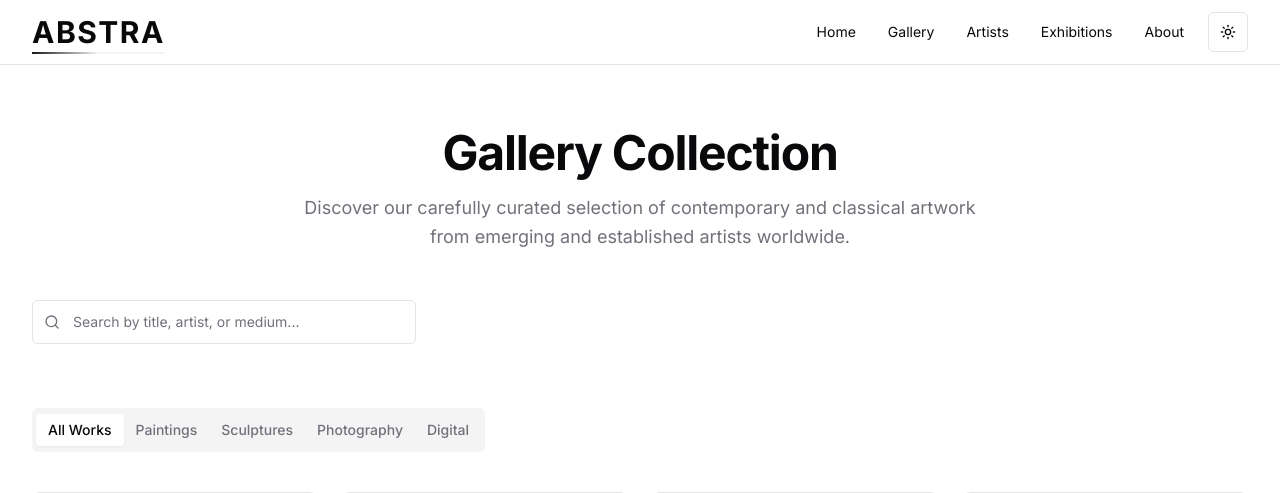
Repository: flow-ctrl369/gallery-cloneX
Page: /gallery
These files come from the project's save history. The page is drawn as it stood at one moment and after the next save; the edit follows.
The browser window is 1280 px wide. The pictures show the part of the page from y = 0 to 493 px (the page is 2168 px tall).
Pictures or frames that could not be fetched are drawn as grey boxes. The project was rebuilt for these pictures with package versions that can differ from the ones it lists, and the page was loaded fresh each time. The framework's server and built-in components were replaced by stand-ins that run in the browser. Also part of the build but not shown: next.config.mjs.

Above is the page before, as saved 2025-06-02 02:13:08.

### app/layout.tsx
import type { Metadata } from "next"
import { Inter } from "next/font/google"
import "./globals.css"
import { ThemeProvider } from "@/components/theme-provider"
import Header from "@/components/header"
import Footer from "@/components/footer"
import AnimatePresenceWrapper from "@/components/animate-presence-wrapper"

const inter = Inter({ subsets: ["latin"] })

export const metadata: Metadata = {
  title: "Abstra | Contemporary Art Gallery",
  description: "Discover extraordinary works from emerging and established artists at Abstra, your premier destination for contemporary art.",
}

export default function RootLayout({
  children,
}: {
  children: React.ReactNode
}) {
  return (
    <html lang="en" suppressHydrationWarning>
      <body className={inter.className}>
        <ThemeProvider
          attribute="class"
          defaultTheme="system"
          enableSystem
          disableTransitionOnChange
        >
          <div className="flex min-h-screen flex-col">
            <Header />
            <AnimatePresenceWrapper>
              {children}
            </AnimatePresenceWrapper>
            <Footer />
          </div>
        </ThemeProvider>
      </body>
    </html>
  )
}

### app/gallery/page.tsx
'use client'

import { Tabs, TabsContent, TabsList, TabsTrigger } from "@/components/ui/tabs"
import { Search } from "lucide-react"
import { Input } from "@/components/ui/input"
import ArtworkGrid from "@/components/artwork-grid"
import { useState } from "react"

export default function GalleryPage() {
  const [searchQuery, setSearchQuery] = useState("")

  return (
    <main className="min-h-screen py-16 px-4 md:px-8">
      {/* Hero Section */}
      <section className="max-w-7xl mx-auto mb-16">
        <div className="text-center mb-12">
          <h1 className="text-4xl md:text-5xl font-bold mb-4 tracking-tight">Gallery Collection</h1>
          <p className="text-lg text-muted-foreground max-w-2xl mx-auto leading-relaxed">
            Discover our carefully curated selection of contemporary and classical artwork from emerging and established artists worldwide.
          </p>
        </div>

        {/* Search and Filter Section */}
        <div className="flex flex-col md:flex-row justify-between items-start md:items-center gap-6 mb-8">
          <div className="relative w-full md:w-96">
            <Search className="absolute left-3 top-1/2 -translate-y-1/2 h-4 w-4 text-muted-foreground" />
            <Input
              placeholder="Search by title, artist, or medium..."
              className="pl-10 h-11 text-base"
              value={searchQuery}
              onChange={(e) => setSearchQuery(e.target.value)}
            />
          </div>
        </div>
      </section>

      {/* Gallery Section */}
      <section className="max-w-7xl mx-auto">
        <Tabs defaultValue="all" className="w-full">
          <TabsList className="h-11 mb-8">
            <TabsTrigger value="all">All Works</TabsTrigger>
            <TabsTrigger value="paintings">Paintings</TabsTrigger>
            <TabsTrigger value="sculptures">Sculptures</TabsTrigger>
            <TabsTrigger value="photography">Photography</TabsTrigger>
            <TabsTrigger value="digital">Digital</TabsTrigger>
          </TabsList>
          <TabsContent value="all">
            <ArtworkGrid searchQuery={searchQuery} />
          </TabsContent>
          <TabsContent value="paintings">
            <ArtworkGrid category="paintings" searchQuery={searchQuery} />
          </TabsContent>
          <TabsContent value="sculptures">
            <ArtworkGrid category="sculptures" searchQuery={searchQuery} />
          </TabsContent>
          <TabsContent value="photography">
            <ArtworkGrid category="photography" searchQuery={searchQuery} />
          </TabsContent>
          <TabsContent value="digital">
            <ArtworkGrid category="digital" searchQuery={searchQuery} />
          </TabsContent>
        </Tabs>
      </section>
    </main>
  )
}

### app/globals.css
@tailwind base;
@tailwind components;
@tailwind utilities;

body {
  font-family: Arial, Helvetica, sans-serif;
}

@layer utilities {
  .text-balance {
    text-wrap: balance;
  }
}

@layer base {
  :root {
    --background: 0 0% 100%;
    --foreground: 240 10% 3.9%;
    --card: 0 0% 100%;
    --card-foreground: 240 10% 3.9%;
    --popover: 0 0% 100%;
    --popover-foreground: 240 10% 3.9%;
    --primary: 240 5.9% 10%;
    --primary-foreground: 0 0% 98%;
    --secondary: 240 4.8% 95.9%;
    --secondary-foreground: 240 5.9% 10%;
    --muted: 240 4.8% 95.9%;
    --muted-foreground: 240 3.8% 46.1%;
    --accent: 240 4.8% 95.9%;
    --accent-foreground: 240 5.9% 10%;
    --destructive: 0 84.2% 60.2%;
    --destructive-foreground: 0 0% 98%;
    --border: 240 5.9% 90%;
    --input: 240 5.9% 90%;
    --ring: 240 5.9% 10%;
    --chart-1: 12 76% 61%;
    --chart-2: 173 58% 39%;
    --chart-3: 197 37% 24%;
    --chart-4: 43 74% 66%;
    --chart-5: 27 87% 67%;
    --radius: 0.5rem;
    --sidebar-background: 0 0% 98%;
    --sidebar-foreground: 240 5.3% 26.1%;
    --sidebar-primary: 240 5.9% 10%;
    --sidebar-primary-foreground: 0 0% 98%;
    --sidebar-accent: 240 4.8% 95.9%;
    --sidebar-accent-foreground: 240 5.9% 10%;
    --sidebar-border: 220 13% 91%;
    --sidebar-ring: 217.2 91.2% 59.8%;

    /* Abstra Brand Colors */
    --abstra-primary: 240 100% 50%;
    --abstra-secondary: 280 100% 50%;
    --abstra-accent: 320 100% 50%;
    --abstra-muted: 240 10% 90%;
    --abstra-background: 240 10% 98%;
  }
  .dark {
    --background: 240 10% 3.9%;
    --foreground: 0 0% 98%;
    --card: 240 10% 3.9%;
    --card-foreground: 0 0% 98%;
    --popover: 240 10% 3.9%;
    --popover-foreground: 0 0% 98%;
    --primary: 0 0% 98%;
    --primary-foreground: 240 5.9% 10%;
    --secondary: 240 3.7% 15.9%;
    --secondary-foreground: 0 0% 98%;
    --muted: 240 3.7% 15.9%;
    --muted-foreground: 240 5% 64.9%;
    --accent: 240 3.7% 15.9%;
    --accent-foreground: 0 0% 98%;
    --destructive: 0 62.8% 30.6%;
    --destructive-foreground: 0 0% 98%;
    --border: 240 3.7% 15.9%;
    --input: 240 3.7% 15.9%;
    --ring: 240 4.9% 83.9%;
    --chart-1: 220 70% 50%;
    --chart-2: 160 60% 45%;
    --chart-3: 30 80% 55%;
    --chart-4: 280 65% 60%;
    --chart-5: 340 75% 55%;
    --sidebar-background: 240 5.9% 10%;
    --sidebar-foreground: 240 4.8% 95.9%;
    --sidebar-primary: 224.3 76.3% 48%;
    --sidebar-primary-foreground: 0 0% 100%;
    --sidebar-accent: 240 3.7% 15.9%;
    --sidebar-accent-foreground: 240 4.8% 95.9%;
    --sidebar-border: 240 3.7% 15.9%;
    --sidebar-ring: 217.2 91.2% 59.8%;

    /* Abstra Dark Theme Colors */
    --abstra-primary: 240 100% 70%;
    --abstra-secondary: 280 100% 70%;
    --abstra-accent: 320 100% 70%;
    --abstra-muted: 240 10% 20%;
    --abstra-background: 240 10% 10%;
  }
}

@layer base {
  * {
    @apply border-border;
  }
  body {
    @apply bg-background text-foreground;
  }
}

### components/theme-provider.tsx
'use client'

import * as React from 'react'
import { ThemeProvider as NextThemesProvider, type ThemeProviderProps } from 'next-themes'

export function ThemeProvider({ children, ...props }: ThemeProviderProps) {
  return (
    <NextThemesProvider
      attribute="class"
      defaultTheme="system"
      enableSystem
      disableTransitionOnChange
      themes={["light", "dark"]}
      {...props}
    >
      {children}
    </NextThemesProvider>
  )
}

### components/header.tsx
import { Button } from "@/components/ui/button"
import { ModeToggle } from "@/components/mode-toggle"
import { Menu } from "lucide-react"
import Link from "next/link"
import { Sheet, SheetContent, SheetTrigger } from "@/components/ui/sheet"
import Logo from "@/components/logo"

export default function Header() {
  return (
    <header className="sticky top-0 z-50 w-full border-b bg-background/95 backdrop-blur supports-[backdrop-filter]:bg-background/60">
      <div className="container flex h-16 items-center">
        <Logo className="mr-6" />
        <div className="flex flex-1 items-center justify-end">
          <nav className="hidden md:flex items-center gap-8 text-sm mr-6">
            <Link href="/" className="transition-colors hover:text-foreground/80">
              Home
            </Link>
            <Link href="/gallery" className="transition-colors hover:text-foreground/80">
              Gallery
            </Link>
            <Link href="/artists" className="transition-colors hover:text-foreground/80">
              Artists
            </Link>
            <Link href="/exhibitions" className="transition-colors hover:text-foreground/80">
              Exhibitions
            </Link>
            <Link href="/about" className="transition-colors hover:text-foreground/80">
              About
            </Link>
          </nav>
          <div className="flex items-center gap-2">
            <ModeToggle />
            <Sheet>
              <SheetTrigger asChild>
                <Button variant="ghost" size="icon" className="md:hidden">
                  <Menu className="h-5 w-5" />
                  <span className="sr-only">Toggle menu</span>
                </Button>
              </SheetTrigger>
              <SheetContent side="right">
                <nav className="flex flex-col gap-4">
                  <Link href="/" className="text-lg font-medium">
                    Home
                  </Link>
                  <Link href="/gallery" className="text-lg font-medium">
                    Gallery
                  </Link>
                  <Link href="/artists" className="text-lg font-medium">
                    Artists
                  </Link>
                  <Link href="/exhibitions" className="text-lg font-medium">
                    Exhibitions
                  </Link>
                  <Link href="/about" className="text-lg font-medium">
                    About
                  </Link>
                </nav>
              </SheetContent>
            </Sheet>
          </div>
        </div>
      </div>
    </header>
  )
}

### components/footer.tsx
import Link from "next/link"
import Logo from "@/components/logo"

export default function Footer() {
  return (
    <footer className="border-t">
      <div className="container py-12">
        <div className="grid grid-cols-1 md:grid-cols-4 gap-8">
          <div className="md:col-span-2">
            <Logo variant="minimal" className="mb-4" />
            <p className="text-muted-foreground mb-4 max-w-md">
              Discover extraordinary works from emerging and established artists at Abstra, your premier destination for contemporary art.
            </p>
            <div className="flex gap-4">
              <Link href="#" className="text-muted-foreground hover:text-foreground">
                Instagram
              </Link>
              <Link href="#" className="text-muted-foreground hover:text-foreground">
                Twitter
              </Link>
              <Link href="#" className="text-muted-foreground hover:text-foreground">
                Facebook
              </Link>
            </div>
          </div>
          <div>
            <h3 className="font-semibold mb-4">Quick Links</h3>
            <ul className="space-y-2">
              <li>
                <Link href="/" className="text-muted-foreground hover:text-foreground">
                  Home
                </Link>
              </li>
              <li>
                <Link href="/gallery" className="text-muted-foreground hover:text-foreground">
                  Gallery
                </Link>
              </li>
              <li>
                <Link href="/artists" className="text-muted-foreground hover:text-foreground">
                  Artists
                </Link>
              </li>
              <li>
                <Link href="/exhibitions" className="text-muted-foreground hover:text-foreground">
                  Exhibitions
                </Link>
              </li>
              <li>
                <Link href="/about" className="text-muted-foreground hover:text-foreground">
                  About
                </Link>
              </li>
            </ul>
          </div>
          <div>
            <h3 className="font-semibold mb-4">Contact</h3>
            <address className="not-italic text-muted-foreground">
              <p>123 Gallery Street</p>
              <p>New York, NY 10001</p>
              <p className="mt-2">info@abstra.com</p>
              <p>+1 (555) 123-4567</p>
            </address>
          </div>
        </div>
        <div className="mt-12 pt-6 border-t text-center text-sm text-muted-foreground">
          <p>© {new Date().getFullYear()} Abstra. All rights reserved.</p>
        </div>
      </div>
    </footer>
  )
}

### components/animate-presence-wrapper.tsx
"use client"

import { AnimatePresence } from "framer-motion"

interface AnimatePresenceWrapperProps {
  children: React.ReactNode
}

export default function AnimatePresenceWrapper({ children }: AnimatePresenceWrapperProps) {
  return <AnimatePresence mode="wait">{children}</AnimatePresence>
}

### components/ui/tabs.tsx
"use client"

import * as React from "react"
import * as TabsPrimitive from "@radix-ui/react-tabs"

import { cn } from "@/lib/utils"

const Tabs = TabsPrimitive.Root

const TabsList = React.forwardRef<
  React.ElementRef<typeof TabsPrimitive.List>,
  React.ComponentPropsWithoutRef<typeof TabsPrimitive.List>
>(({ className, ...props }, ref) => (
  <TabsPrimitive.List
    ref={ref}
    className={cn(
      "inline-flex h-10 items-center justify-center rounded-md bg-muted p-1 text-muted-foreground",
      className
    )}
    {...props}
  />
))
TabsList.displayName = TabsPrimitive.List.displayName

const TabsTrigger = React.forwardRef<
  React.ElementRef<typeof TabsPrimitive.Trigger>,
  React.ComponentPropsWithoutRef<typeof TabsPrimitive.Trigger>
>(({ className, ...props }, ref) => (
  <TabsPrimitive.Trigger
    ref={ref}
    className={cn(
      "inline-flex items-center justify-center whitespace-nowrap rounded-sm px-3 py-1.5 text-sm font-medium ring-offset-background transition-all focus-visible:outline-none focus-visible:ring-2 focus-visible:ring-ring focus-visible:ring-offset-2 disabled:pointer-events-none disabled:opacity-50 data-[state=active]:bg-background data-[state=active]:text-foreground data-[state=active]:shadow-sm",
      className
    )}
    {...props}
  />
))
TabsTrigger.displayName = TabsPrimitive.Trigger.displayName

const TabsContent = React.forwardRef<
  React.ElementRef<typeof TabsPrimitive.Content>,
  React.ComponentPropsWithoutRef<typeof TabsPrimitive.Content>
>(({ className, ...props }, ref) => (
  <TabsPrimitive.Content
    ref={ref}
    className={cn(
      "mt-2 ring-offset-background focus-visible:outline-none focus-visible:ring-2 focus-visible:ring-ring focus-visible:ring-offset-2",
      className
    )}
    {...props}
  />
))
TabsContent.displayName = TabsPrimitive.Content.displayName

export { Tabs, TabsList, TabsTrigger, TabsContent }

### components/ui/input.tsx
import * as React from "react"

import { cn } from "@/lib/utils"

const Input = React.forwardRef<HTMLInputElement, React.ComponentProps<"input">>(
  ({ className, type, ...props }, ref) => {
    return (
      <input
        type={type}
        className={cn(
          "flex h-10 w-full rounded-md border border-input bg-background px-3 py-2 text-base ring-offset-background file:border-0 file:bg-transparent file:text-sm file:font-medium file:text-foreground placeholder:text-muted-foreground focus-visible:outline-none focus-visible:ring-2 focus-visible:ring-ring focus-visible:ring-offset-2 disabled:cursor-not-allowed disabled:opacity-50 md:text-sm",
          className
        )}
        ref={ref}
        {...props}
      />
    )
  }
)
Input.displayName = "Input"

export { Input }

### components/artwork-grid.tsx
import { Card, CardContent } from "@/components/ui/card"
import Image from "next/image"
import Link from "next/link"
import { artworks, artists } from "@/lib/data"

interface ArtworkGridProps {
  category?: string
  artistId?: string
  searchQuery?: string
}

export default function ArtworkGrid({ category, artistId, searchQuery = "" }: ArtworkGridProps) {
  let filteredArtworks = artworks

  if (artistId) {
    const artist = artists.find((a) => a.id === artistId)
    if (artist) {
      filteredArtworks = artworks.filter((artwork) => artwork.artist === artist.name)
    }
  } else if (category && category !== "all") {
    filteredArtworks = artworks.filter((artwork) => artwork.category.toLowerCase() === category.toLowerCase())
  }

  // Apply search filter
  if (searchQuery) {
    const query = searchQuery.toLowerCase()
    filteredArtworks = filteredArtworks.filter(
      (artwork) =>
        artwork.title.toLowerCase().includes(query) ||
        artwork.artist.toLowerCase().includes(query) ||
        artwork.description.toLowerCase().includes(query) ||
        artwork.category.toLowerCase().includes(query)
    )
  }

  return (
    <div className="grid grid-cols-1 sm:grid-cols-2 md:grid-cols-3 lg:grid-cols-4 gap-6">
      {filteredArtworks.map((artwork) => (
        <Link href={`/artwork/${artwork.id}`} key={artwork.id}>
          <Card className="overflow-hidden h-full transition-all hover:shadow-md">
            <div className="aspect-square relative">
              <Image
                src={artwork.image || "/placeholder.svg"}
                alt={artwork.title}
                fill
                className="object-cover transition-transform hover:scale-105"
                sizes="(max-width: 640px) 100vw, (max-width: 768px) 50vw, (max-width: 1024px) 33vw, 25vw"
              />
            </div>
            <CardContent className="p-4">
              <h3 className="font-medium line-clamp-1">{artwork.title}</h3>
              <p className="text-sm text-muted-foreground">{artwork.artist}</p>
              <div className="flex justify-between items-center mt-2">
                <span className="font-medium">${artwork.price.toLocaleString()}</span>
                <span className="text-xs bg-muted px-2 py-1 rounded-full">{artwork.category}</span>
              </div>
            </CardContent>
          </Card>
        </Link>
      ))}
    </div>
  )
}

### components/ui/button.tsx
import * as React from "react"
import { Slot } from "@radix-ui/react-slot"
import { cva, type VariantProps } from "class-variance-authority"

import { cn } from "@/lib/utils"

const buttonVariants = cva(
  "inline-flex items-center justify-center gap-2 whitespace-nowrap rounded-md text-sm font-medium ring-offset-background transition-colors focus-visible:outline-none focus-visible:ring-2 focus-visible:ring-ring focus-visible:ring-offset-2 disabled:pointer-events-none disabled:opacity-50 [&_svg]:pointer-events-none [&_svg]:size-4 [&_svg]:shrink-0",
  {
    variants: {
      variant: {
        default: "bg-primary text-primary-foreground hover:bg-primary/90",
        destructive:
          "bg-destructive text-destructive-foreground hover:bg-destructive/90",
        outline:
          "border border-input bg-background hover:bg-accent hover:text-accent-foreground",
        secondary:
          "bg-secondary text-secondary-foreground hover:bg-secondary/80",
        ghost: "hover:bg-accent hover:text-accent-foreground",
        link: "text-primary underline-offset-4 hover:underline",
      },
      size: {
        default: "h-10 px-4 py-2",
        sm: "h-9 rounded-md px-3",
        lg: "h-11 rounded-md px-8",
        icon: "h-10 w-10",
      },
    },
    defaultVariants: {
      variant: "default",
      size: "default",
    },
  }
)

export interface ButtonProps
  extends React.ButtonHTMLAttributes<HTMLButtonElement>,
    VariantProps<typeof buttonVariants> {
  asChild?: boolean
}

const Button = React.forwardRef<HTMLButtonElement, ButtonProps>(
  ({ className, variant, size, asChild = false, ...props }, ref) => {
    const Comp = asChild ? Slot : "button"
    return (
      <Comp
        className={cn(buttonVariants({ variant, size, className }))}
        ref={ref}
        {...props}
      />
    )
  }
)
Button.displayName = "Button"

export { Button, buttonVariants }

### components/mode-toggle.tsx
"use client"

import { Moon, Sun } from "lucide-react"
import { useTheme } from "next-themes"
import { Button } from "@/components/ui/button"

export function ModeToggle() {
  const { theme, setTheme } = useTheme()

  return (
    <Button
      variant="outline"
      size="icon"
      onClick={() => setTheme(theme === "dark" ? "light" : "dark")}
    >
      <Sun className="h-[1.2rem] w-[1.2rem] rotate-0 scale-100 transition-all dark:-rotate-90 dark:scale-0" />
      <Moon className="absolute h-[1.2rem] w-[1.2rem] rotate-90 scale-0 transition-all dark:rotate-0 dark:scale-100" />
      <span className="sr-only">Toggle theme</span>
    </Button>
  )
}

### components/logo.tsx
import Link from "next/link"

interface LogoProps {
  className?: string
  variant?: "default" | "minimal"
}

export default function Logo({ className = "", variant = "default" }: LogoProps) {
  return (
    <Link href="/" className={`flex items-center space-x-2 ${className}`}>
      <div className="relative">
        <span className="text-3xl font-bold uppercase tracking-wider">
          {variant === "default" ? (
            "Abstra"
          ) : (
            <span className="text-primary">A</span>
          )}
        </span>
        {variant === "default" && (
          <div className="absolute -bottom-1 left-0 w-full h-0.5 bg-gradient-to-r from-primary via-secondary to-accent" />
        )}
      </div>
    </Link>
  )
}

### components/ui/card.tsx
import * as React from "react"

import { cn } from "@/lib/utils"

const Card = React.forwardRef<
  HTMLDivElement,
  React.HTMLAttributes<HTMLDivElement>
>(({ className, ...props }, ref) => (
  <div
    ref={ref}
    className={cn(
      "rounded-lg border bg-card text-card-foreground shadow-sm",
      className
    )}
    {...props}
  />
))
Card.displayName = "Card"

const CardHeader = React.forwardRef<
  HTMLDivElement,
  React.HTMLAttributes<HTMLDivElement>
>(({ className, ...props }, ref) => (
  <div
    ref={ref}
    className={cn("flex flex-col space-y-1.5 p-6", className)}
    {...props}
  />
))
CardHeader.displayName = "CardHeader"

const CardTitle = React.forwardRef<
  HTMLDivElement,
  React.HTMLAttributes<HTMLDivElement>
>(({ className, ...props }, ref) => (
  <div
    ref={ref}
    className={cn(
      "text-2xl font-semibold leading-none tracking-tight",
      className
    )}
    {...props}
  />
))
CardTitle.displayName = "CardTitle"

const CardDescription = React.forwardRef<
  HTMLDivElement,
  React.HTMLAttributes<HTMLDivElement>
>(({ className, ...props }, ref) => (
  <div
    ref={ref}
    className={cn("text-sm text-muted-foreground", className)}
    {...props}
  />
))
CardDescription.displayName = "CardDescription"

const CardContent = React.forwardRef<
  HTMLDivElement,
  React.HTMLAttributes<HTMLDivElement>
>(({ className, ...props }, ref) => (
  <div ref={ref} className={cn("p-6 pt-0", className)} {...props} />
))
CardContent.displayName = "CardContent"

const CardFooter = React.forwardRef<
  HTMLDivElement,
  React.HTMLAttributes<HTMLDivElement>
>(({ className, ...props }, ref) => (
  <div
    ref={ref}
    className={cn("flex items-center p-6 pt-0", className)}
    {...props}
  />
))
CardFooter.displayName = "CardFooter"

export { Card, CardHeader, CardFooter, CardTitle, CardDescription, CardContent }

Loaded but not shown: lib/utils.ts (common file); tailwind.config.ts (common file); lib/data.ts (664 lines, source omitted); components/ui/sheet.tsx (109 lines, source omitted)

After the next save:
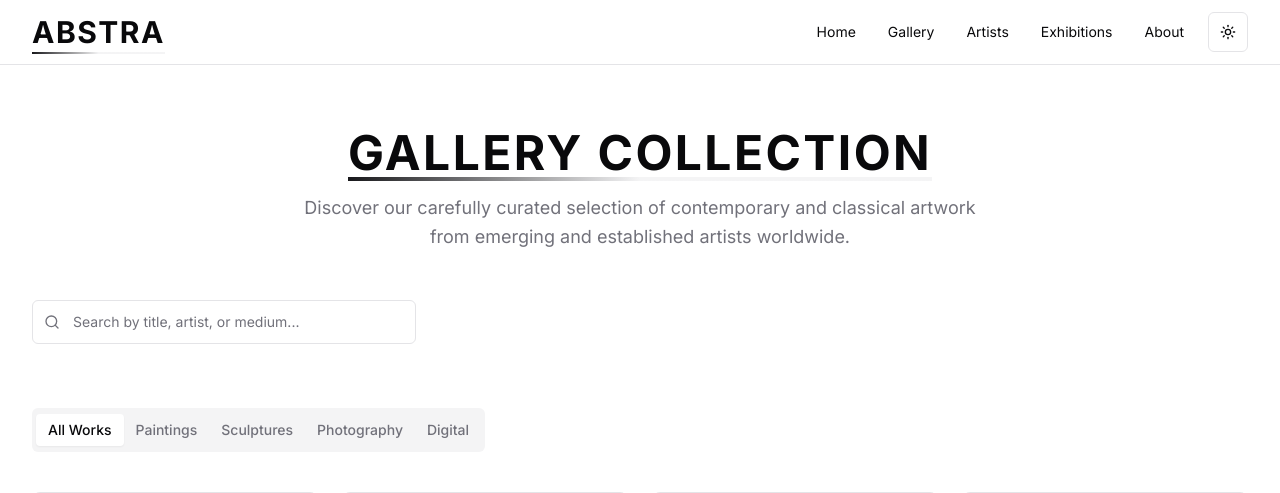
Saved 4 min 44 s later.
--- a/app/gallery/page.tsx
+++ b/app/gallery/page.tsx
@@ -14,7 +14,10 @@ export default function GalleryPage() {
       {/* Hero Section */}
       <section className="max-w-7xl mx-auto mb-16">
         <div className="text-center mb-12">
-          <h1 className="text-4xl md:text-5xl font-bold mb-4 tracking-tight">Gallery Collection</h1>
+          <h1 className="text-4xl md:text-5xl font-bold mb-4 uppercase tracking-wider relative inline-block">
+            Gallery Collection
+            <div className="absolute -bottom-1 left-0 w-full h-1 bg-gradient-to-r from-primary via-secondary to-accent" />
+          </h1>
           <p className="text-lg text-muted-foreground max-w-2xl mx-auto leading-relaxed">
             Discover our carefully curated selection of contemporary and classical artwork from emerging and established artists worldwide.
           </p>
